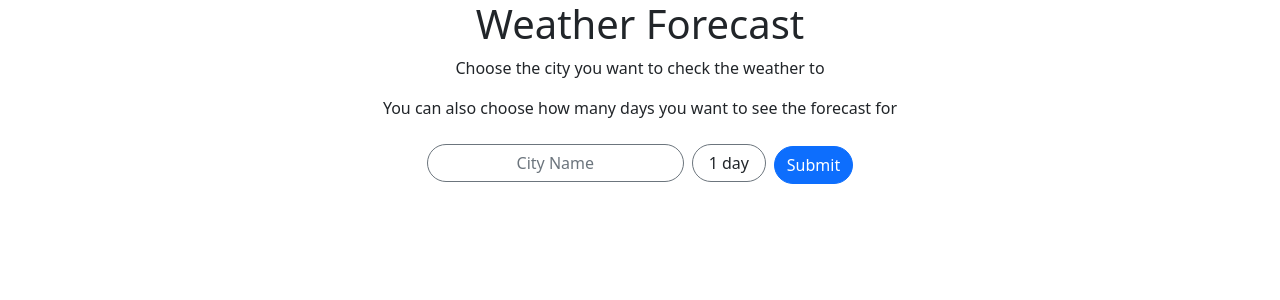
Repository: DimitrisDoxopoulos/my-own-weather-app
Page: /
These files come from the project's save history. The page is drawn as it stood at one moment and after the next save; the edit follows.
The browser window is 1280 px wide. The pictures show the whole page.
The project was rebuilt for these pictures with package versions that can differ from the ones it lists, and the page was loaded fresh each time.

Above is the page before, as saved 2021-06-03 18:52:02.

### src/App.js
import './App.css';

/*--------------- Importing Components ------------------- */
import Wrapper from './components/Wrapper'
import Header from './components/Header'
import Tagline from './components/Tagline'
import Form from './components/Form'
/*--------------- Importing Components ------------------- */

function App() {
  return (
    <div className="App">
      <Wrapper>
        <Header />
        <Tagline />
        <Form />
      </Wrapper>
    </div>
  );
}

export default App;

### src/App.css
.App {
  /* text-align: center; */
}

.App-logo {
  height: 40vmin;
  pointer-events: none;
}

.App-header {
  background-color: #282c34;
  min-height: 100vh;
  display: flex;
  flex-direction: column;
  align-items: center;
  justify-content: center;
  font-size: calc(10px + 2vmin);
  color: white;
}

.App-link {
  color: #61dafb;
}

### src/components/Wrapper.js
import React from 'react';

const Wrapper = (props) => {
    return(
    <div className='d-flex flex-column justify-content-center align-items-center'>
        { props.children }
    </div>
    )
}

export default Wrapper;

### src/components/Header.js
import React from 'react'

const Header = () => {
    return (
        <div className="">
            <h1 className="">Weather Forecast</h1>
        </div>
    )
}

export default Header

### src/components/Tagline.js
import React from 'react'

const Tagline = () => {
    return (
        <div className="text-center">
            <p>Choose the city you want to check the weather to</p>
            <p>You can also choose how many days you want to see the forecast for</p>
        </div>
    )
}

export default Tagline

### src/components/Form.js
import React from 'react'

const Form = () => {
    return (
        <div>
            <form className="d-flex align-items-center">
                <div className="form-group">
                    <input type="text" className="form-control border-secondary rounded-pill text-center" id="exampleFormControlInput1" placeholder="City Name" />
                </div>
                <div className="form-group d-flex p-2">
                    <select className="form-control border-secondary rounded-pill text-center" id="exampleFormControlSelect1" placeholder="How many days?">
                        <option value="1">1 day</option>
                        <option value="2">2 days</option>
                        <option value="3">3 days</option>
                        <option value="4">4 days</option>
                        <option value="5">5 days</option>
                    </select>
                </div>
                <input className="btn btn-primary mt-1 rounded-pill" type="submit" value="Submit" />
            </form>
        </div>
    )
}

export default Form

Loaded but not shown: public/index.html (common file); src/index.js (common file); src/index.css (common file); src/reportWebVitals.js (common file)

After the next save:
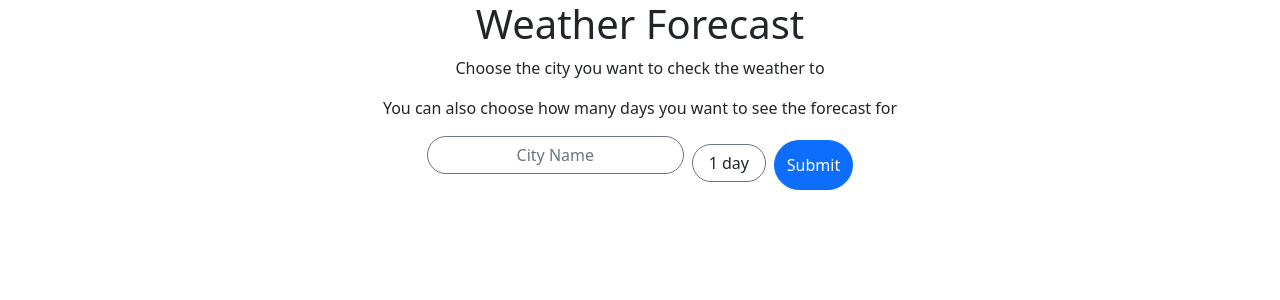
Saved 27 s later.
--- a/src/components/Form.js
+++ b/src/components/Form.js
@@ -3,7 +3,7 @@
 const Form = () => {
     return (
         <div>
-            <form className="d-flex align-items-center">
+            <form className="d-flex align-items-around">
                 <div className="form-group">
                     <input type="text" className="form-control border-secondary rounded-pill text-center" id="exampleFormControlInput1" placeholder="City Name" />
                 </div>

After the 2 saves that followed:
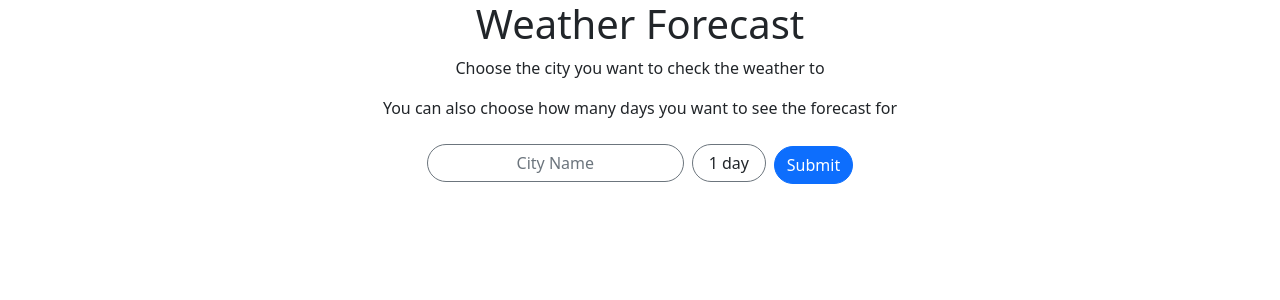
The 2 saves are shown as one change because 1 left the picture as it was.
The last was saved 10 s later.
--- a/src/components/Form.js
+++ b/src/components/Form.js
@@ -3,7 +3,7 @@
 const Form = () => {
     return (
         <div>
-            <form className="d-flex align-items-around">
+            <form className="d-flex align-items-center">
                 <div className="form-group">
                     <input type="text" className="form-control border-secondary rounded-pill text-center" id="exampleFormControlInput1" placeholder="City Name" />
                 </div>
